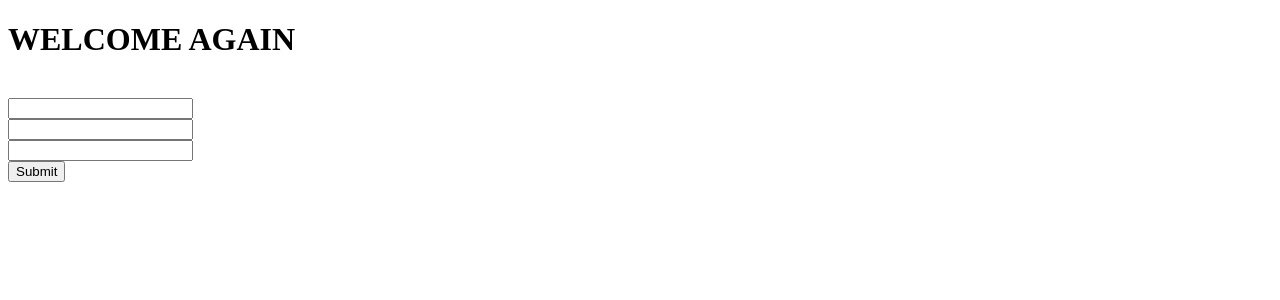
Repository: sandipgole/SpringBoot
Page: http://localhost/08_Jpa_mvc_H2_partTwo/
These files come from the project's save history. The page is drawn as it stood at one moment and after the next save; the edit follows.
The browser window is 1280 px wide. The pictures show the whole page.
The page is served by Tomcat 9.

Above is the page before, as saved 2019-11-23 10:42:25.

After the next save:
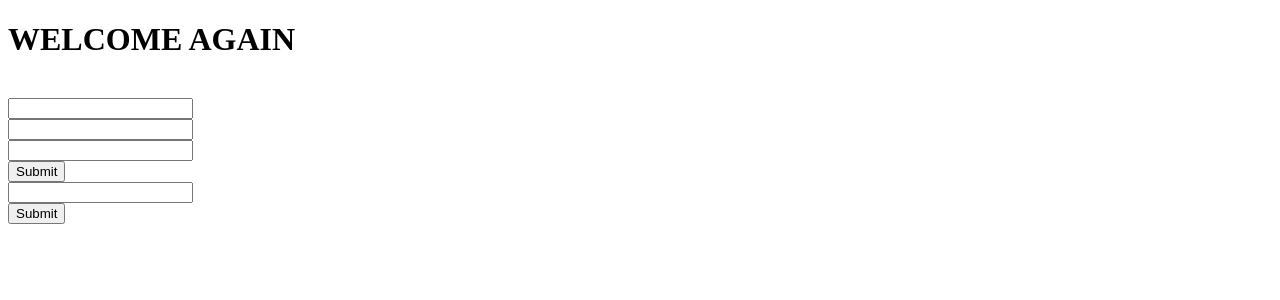
Saved 11 min 51 s later.
--- a/08_Jpa_mvc_H2_partTwo/src/main/webapp/index.jsp
+++ b/08_Jpa_mvc_H2_partTwo/src/main/webapp/index.jsp
@@ -13,6 +13,12 @@
 		<input type ="text" name="aname"><br>
 		<input type="text" name="atech"><br>
 		<input type="submit"><br>
+		<form action="getAlien">
+			<input type="text" name="aid"><br>
+			<input type="submit"><br>
+
+
+		</form>
 
 
 	</form>
